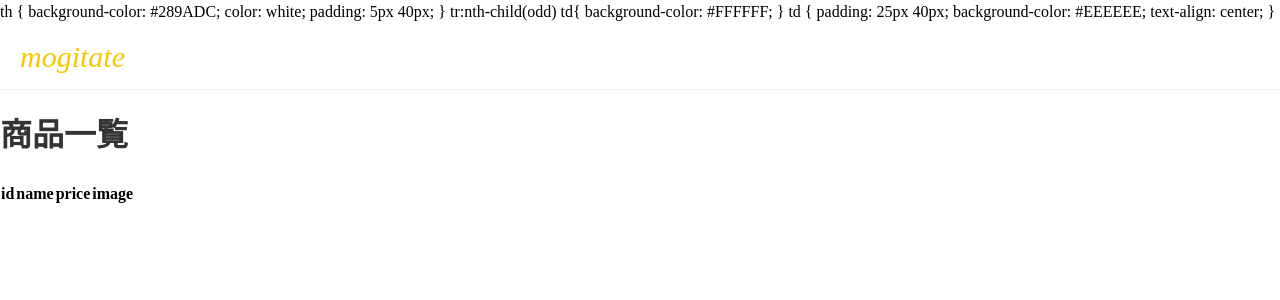
Repository: SuzukiFuminori/test-fruit
Page: http://localhost/products
These files come from the project's save history. The page is drawn as it stood at one moment and after the next save; the edit follows.
The browser window is 1280 px wide. The pictures show the whole page.
The page is served by the project's Laravel application, run on PHP 8.4 with Laravel 8. Other server files are loaded and not shown. Queries for data that is not in the repository find no rows.

Above is the page before, as saved 2024-12-29 21:35:47.

### src/routes/web.php
<?php

use Illuminate\Support\Facades\Route;
use App\Http\Controllers\ProductController;

/*
|--------------------------------------------------------------------------
| Web Routes
|--------------------------------------------------------------------------
|
| Here is where you can register web routes for your application. These
| routes are loaded by the RouteServiceProvider within a group which
| contains the "web" middleware group. Now create something great!
|
*/

Route::get('/products', [ProductController::class, 'index']);
Route::get('/products/register', [ProductController::class, 'add']);

### src/app/Http/Controllers/ProductController.php
<?php

namespace App\Http\Controllers;
use App\Models\Product;
use Illuminate\Http\Request;

class ProductController extends Controller
{
    // 商品一覧ページの表示
    public function index()
    {
        $products = Product::all();
        return view('index', ['products' => $products]);
    }

    // 商品登録ページの表示
    public function add()
    {
        return view('add');
    }
}

### src/resources/views/index.blade.php
@extends('layouts.default')

@section('css')
  th {
    background-color: #289ADC;
    color: white;
    padding: 5px 40px;
  }
  tr:nth-child(odd) td{
    background-color: #FFFFFF;
  }
  td {
    padding: 25px 40px;
    background-color: #EEEEEE;
    text-align: center;
  }
@endsection

@section('title', '商品一覧')

@section('content')
<table>
  <tr>
    <th>id</th>
    <th>name</th>
    <th>price</th>
    <th>image</th>
  </tr>
  @foreach ($products as $product)
  <tr>
    <td>{{$product->id}}</td>
    <td>{{$product->name}}</td>
    <td>{{$product->price}}</td>
    <td>{{$product->image}}</td>
  </tr>
  @endforeach
</table>
@endsection

### src/resources/views/layouts/default.blade.php
<!DOCTYPE html>
<html lang="ja">

<head>
  <meta charset="UTF-8">
  <meta name="viewport" content="width=device-width, initial-scale=1.0">
  <title>@yield('title')</title>
  <link rel="stylesheet" href="{{ asset('css/sanitize.css') }}">
  <link rel="stylesheet" href="{{ asset('css/common.css') }}">
  @yield('css')
</head>

<body>
  <header class="header">
    <div class="header__inner">
      <a class="header__logo">
        mogitate
      </a>
    </div>
  </header>
  <main>
    <h1>@yield('title')</h1>
    <div class="content">
      @yield('content')
    </div>
  </main>
</body>

</html>

### src/public/css/sanitize.css
/* Document
* ========================================================================== */

/**
* Add border box sizing in all browsers (opinionated).
*/

*,
::before,
::after {
  box-sizing: border-box;
}

/**
* 1. Add text decoration inheritance in all browsers (opinionated).
* 2. Add vertical alignment inheritance in all browsers (opinionated).
*/

::before,
::after {
  vertical-align: inherit;
  /* 2 */
  text-decoration: inherit;
  /* 1 */
}

/**
* 1. Use the default cursor in all browsers (opinionated).
* 2. Change the line height in all browsers (opinionated).
* 3. Use a 4-space tab width in all browsers (opinionated).
* 4. Remove the grey highlight on links in iOS (opinionated).
* 5. Prevent adjustments of font size after orientation changes in
*    IE on Windows Phone and in iOS.
* 6. Breaks words to prevent overflow in all browsers (opinionated).
*/

html {
  word-break: break-word;
  /* 6 */
  -moz-tab-size: 4;
  /* 3 */
  tab-size: 4;
  /* 3 */
  line-height: 1.5;
  /* 2 */
  cursor: default;
  /* 1 */

  -webkit-tap-highlight-color: transparent
    /* 4 */
  ;
  -ms-text-size-adjust: 100%;
  /* 5 */
  -webkit-text-size-adjust: 100%;
  /* 5 */
}

/* Sections
* ========================================================================== */

/**
* Remove the margin in all browsers (opinionated).
*/

body {
  margin: 0;
}

/**
* Correct the font size and margin on `h1` elements within `section` and
* `article` contexts in Chrome, Edge, Firefox, and Safari.
*/

h1 {
  margin: 0.67em 0;
  font-size: 2em;
}

/* Grouping content
* ========================================================================== */

/**
* Remove the margin on nested lists in Chrome, Edge, IE, and Safari.
*/

dl dl,
dl ol,
dl ul,
ol dl,
ul dl {
  margin: 0;
}

/**
* Remove the margin on nested lists in Edge 18- and IE.
*/

ol ol,
ol ul,
ul ol,
ul ul {
  margin: 0;
}

/**
* 1. Add the correct sizing in Firefox.
* 2. Show the overflow in Edge 18- and IE.
*/

hr {
  overflow: visible;
  /* 2 */
  height: 0;
  /* 1 */
}

/**
* Add the correct display in IE.
*/

main {
  display: block;
}

/**
* Remove the list style on navigation lists in all browsers (opinionated).
*/

nav ol,
nav ul {
  padding: 0;
  list-style: none;
}

/**
* 1. Correct the inheritance and scaling of font size in all browsers.
* 2. Correct the odd `em` font sizing in all browsers.
*/

pre {
  font-size: 1em;
  /* 2 */
  font-family: monospace, monospace;
  /* 1 */
}

/* Text-level semantics
* ========================================================================== */

/**
* Remove the gray background on active links in IE 10.
*/

a {
  background-color: transparent;
}

/**
* Add the correct text decoration in Edge 18-, IE, and Safari.
*/

abbr[title] {
  text-decoration: underline;
  text-decoration: underline dotted;
}

/**
* Add the correct font weight in Chrome, Edge, and Safari.
*/

b,
strong {
  font-weight: bolder;
}

/**
* 1. Correct the inheritance and scaling of font size in all browsers.
* 2. Correct the odd `em` font sizing in all browsers.
*/

code,
kbd,
samp {
  font-size: 1em;
  /* 2 */
  font-family: monospace, monospace;
  /* 1 */
}

/**
* Add the correct font size in all browsers.
*/

small {
  font-size: 80%;
}

/* Embedded content
* ========================================================================== */

/*
* Change the alignment on media elements in all browsers (opinionated).
*/

audio,
canvas,
iframe,
img,
svg,
video {
  vertical-align: middle;
}

/**
* Add the correct display in IE 9-.
*/

audio,
video {
  display: inline-block;
}

/**
* Add the correct display in iOS 4-7.
*/

audio:not([controls]) {
  display: none;
  height: 0;
}

/**
* Remove the border on iframes in all browsers (opinionated).
*/

iframe {
  border-style: none;
}

/**
* Remove the border on images within links in IE 10-.
*/

img {
  border-style: none;
}

/**
* Change the fill color to match the text color in all browsers (opinionated).
*/

svg:not([fill]) {
  fill: currentColor;
}

/**
* Hide the overflow in IE.
*/

svg:not(:root) {
  overflow: hidden;
}

/* Tabular data
* ========================================================================== */

/**
* Collapse border spacing in all browsers (opinionated).
*/

table {
  border-collapse: collapse;
}

/* Forms
* ========================================================================== */

/**
* Remove the margin on controls in Safari.
*/

button,
input,
select {
  margin: 0;
}

/**
* 1. Show the overflow in IE.
* 2. Remove the inheritance of text transform in Edge 18-, Firefox, and IE.
*/

button {
  overflow: visible;
  /* 1 */
  text-transform: none;
  /* 2 */
}

/**
* Correct the inability to style buttons in iOS and Safari.
*/

button,
[type="button"],
[type="reset"],
[type="submit"] {
  -webkit-appearance: button;
}

/**
* 1. Change the inconsistent appearance in all browsers (opinionated).
* 2. Correct the padding in Firefox.
*/

fieldset {
  padding: 0.35em 0.75em 0.625em;
  /* 2 */
  border: 1px solid #a0a0a0;
  /* 1 */
}

/**
* Show the overflow in Edge 18- and IE.
*/

input {
  overflow: visible;
}

/**
* 1. Correct the text wrapping in Edge 18- and IE.
* 2. Correct the color inheritance from `fieldset` elements in IE.
*/

legend {
  display: table;
  /* 1 */
  max-width: 100%;
  /* 1 */
  color: inherit;
  /* 2 */
  white-space: normal;
  /* 1 */
}

/**
* 1. Add the correct display in Edge 18- and IE.
* 2. Add the correct vertical alignment in Chrome, Edge, and Firefox.
*/

progress {
  display: inline-block;
  /* 1 */
  vertical-align: baseline;
  /* 2 */
}

/**
* Remove the inheritance of text transform in Firefox.
*/

select {
  text-transform: none;
}

/**
* 1. Remove the margin in Firefox and Safari.
* 2. Remove the default vertical scrollbar in IE.
* 3. Change the resize direction in all browsers (opinionated).
*/

textarea {
  overflow: auto;
  /* 2 */
  margin: 0;
  /* 1 */
  resize: vertical;
  /* 3 */
}

/**
* Remove the padding in IE 10-.
*/

[type="checkbox"],
[type="radio"] {
  padding: 0;
}

/**
* 1. Correct the odd appearance in Chrome, Edge, and Safari.
* 2. Correct the outline style in Safari.
*/

[type="search"] {
  outline-offset: -2px;
  /* 2 */

  -webkit-appearance: textfield;
  /* 1 */
}

/**
* Correct the cursor style of increment and decrement buttons in Safari.
*/

::-webkit-inner-spin-button,
::-webkit-outer-spin-button {
  height: auto;
}

/**
* Correct the text style of placeholders in Chrome, Edge, and Safari.
*/

::-webkit-input-placeholder {
  color: inherit;
  opacity: 0.54;
}

/**
* Remove the inner padding in Chrome, Edge, and Safari on macOS.
*/

::-webkit-search-decoration {
  -webkit-appearance: none;
}

/**
* 1. Correct the inability to style upload buttons in iOS and Safari.
* 2. Change font properties to `inherit` in Safari.
*/

::-webkit-file-upload-button {
  font: inherit;
  /* 2 */

  -webkit-appearance: button;
  /* 1 */
}

/**
* Remove the inner border and padding of focus outlines in Firefox.
*/

::-moz-focus-inner {
  padding: 0;
  border-style: none;
}

/**
* Restore the focus outline styles unset by the previous rule in Firefox.
*/

:-moz-focusring {
  outline: 1px dotted ButtonText;
}

/**
* Remove the additional :invalid styles in Firefox.
*/

:-moz-ui-invalid {
  box-shadow: none;
}

/* Interactive
* ========================================================================== */

/*
* Add the correct display in Edge 18- and IE.
*/

details {
  display: block;
}

/*
* Add the correct styles in Edge 18-, IE, and Safari.
*/

dialog {
  position: absolute;
  right: 0;
  left: 0;
  display: block;
  margin: auto;
  padding: 1em;
  width: -moz-fit-content;
  width: -webkit-fit-content;
  width: fit-content;
  height: -moz-fit-content;
  height: -webkit-fit-content;
  height: fit-content;
  border: solid;
  background-color: white;
  color: black;
}

dialog:not([open]) {
  display: none;
}

/*
* Add the correct display in all browsers.
*/

summary {
  display: list-item;
}

/* Scripting
* ========================================================================== */

/**
* Add the correct display in IE 9-.
*/

canvas {
  display: inline-block;
}

/**
* Add the correct display in IE.
*/

template {
  display: none;
}

/* User interaction
* ========================================================================== */

/*
* 1. Remove the tapping delay in IE 10.
* 2. Remove the tapping delay on clickable elements
in all browsers (opinionated).
*/

a,
area,
button,
input,
label,
select,
summary,
textarea,
[tabindex] {
  -ms-touch-action: manipulation;
  /* 1 */
  touch-action: manipulation;
  /* 2 */
}

/**
* Add the correct display in IE 10-.
*/

[hidden] {
  display: none;
}

/* Accessibility
* ========================================================================== */

/**
* Change the cursor on busy elements in all browsers (opinionated).
*/

[aria-busy="true"] {
  cursor: progress;
}

/*
* Change the cursor on control elements in all browsers (opinionated).
*/

[aria-controls] {
  cursor: pointer;
}

/*
* Change the cursor on disabled, not-editable, or otherwise
* inoperable elements in all browsers (opinionated).
*/

[aria-disabled="true"],
[disabled] {
  cursor: not-allowed;
}

/*
* Change the display on visually hidden accessible elements
* in all browsers (opinionated).
*/

[aria-hidden="false"][hidden] {
  display: initial;
}

[aria-hidden="false"][hidden]:not(:focus) {
  position: absolute;
  clip: rect(0, 0, 0, 0);
}

### src/public/css/common.css
.header {
  background: white;
}

.header__inner {
  margin: 0 auto;
  padding: 10px 20px;
  border-bottom: solid 1px #f4f4f4;
}

.header__logo {
  font-family: jsMath-cmti10;
  font-size: 30px;
  color: #F5C800;
  font-weight: 500;
  font-style: italic;
}

h1 {
  font-family: "Hiragino Kaku Gothic Pro";
  font-size: 32px;
  color: #333333;
  font-weight: 600;
}

Loaded but not shown: src/app/Http/Controllers/Controller.php (common file); src/app/Models/Product.php (common file)

After the next save:
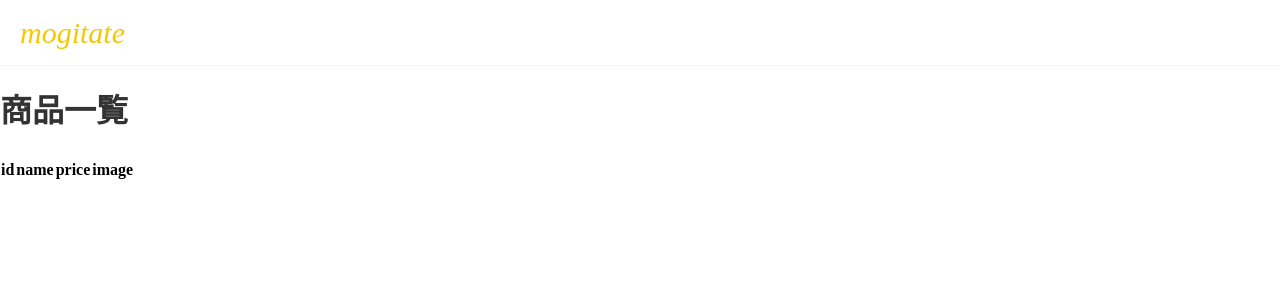
Saved 2 min 11 s later.
--- a/src/resources/views/index.blade.php
+++ b/src/resources/views/index.blade.php
@@ -1,19 +1,6 @@
 @extends('layouts.default')
 
 @section('css')
-  th {
-    background-color: #289ADC;
-    color: white;
-    padding: 5px 40px;
-  }
-  tr:nth-child(odd) td{
-    background-color: #FFFFFF;
-  }
-  td {
-    padding: 25px 40px;
-    background-color: #EEEEEE;
-    text-align: center;
-  }
 @endsection
 
 @section('title', '商品一覧')
